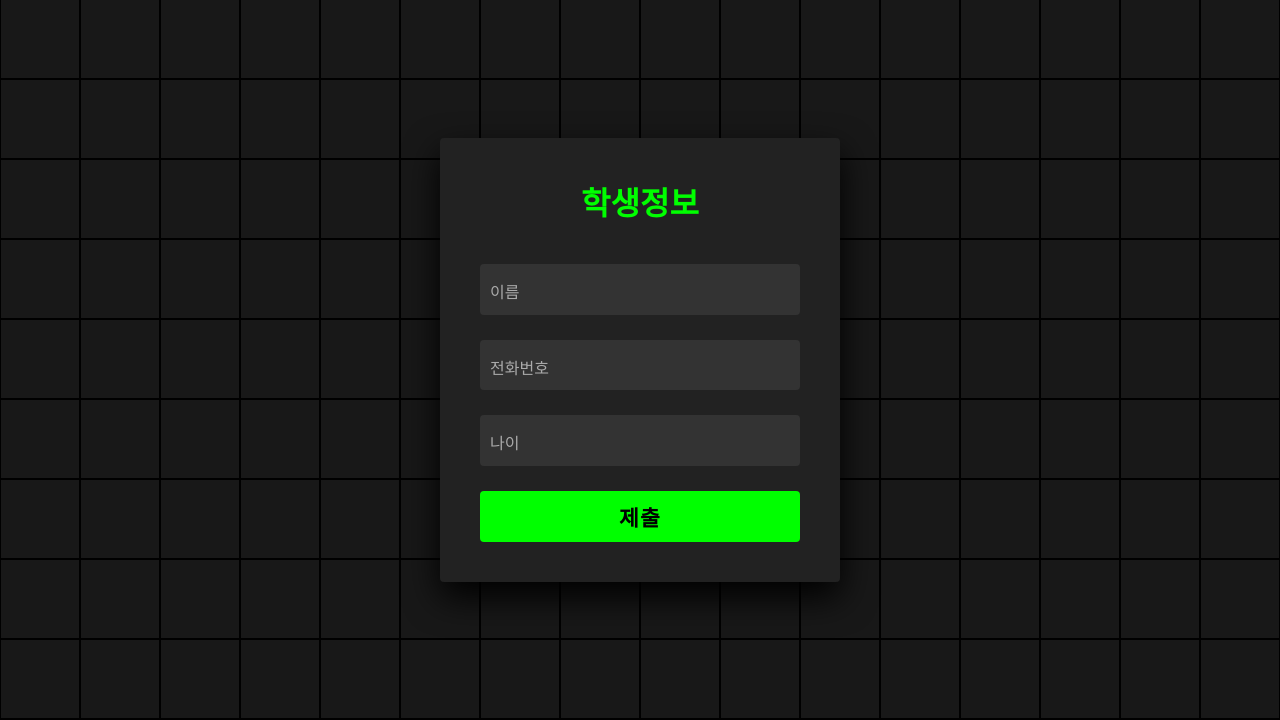
Repository: mi-ci/ai
Page: jsp01/src/main/webapp/ch06/student.html
The author's editor kept a copy of each file at every save. The page is drawn from the files as they stood at one save, then again after the next save.
The browser window is 1280 px wide. The pictures show the whole page.
Some web fonts or font styles are not loaded; a fallback is used.

Above is the page before, as saved 2024-01-19 01:50:03.

### jsp01/src/main/webapp/ch06/student.html
<!DOCTYPE html>
<html>
<head>
<meta charset="UTF-8">
<title>Insert title here</title>
<style>
@import url('https://fonts.googleapis.com/css2?family=Quicksand:wght@300;400;500;600;700&display=swap');
*
{
  margin: 0;
  padding: 0;
  box-sizing: border-box;
  font-family: 'Quicksand', sans-serif;
}
body
{
  display: flex;
  justify-content: center;
  align-items: center;
  min-height: 100vh;
  background: #000;
}
section
{
  position: absolute;
  width: 100vw;
  height: 100vh;
  display: flex;
  justify-content: center;
  align-items: center;
  gap: 2px;
  flex-wrap: wrap;
  overflow: hidden;
}
section::before
{
  content: '';
  position: absolute;
  width: 100%;
  height: 100%;
  background: linear-gradient(#000,#0f0,#000);
  animation: animate 5s linear infinite;
}
@keyframes animate
{
  0%
  {
    transform: translateY(-100%);
  }
  100%
  {
    transform: translateY(100%);
  }
}
section span
{
  position: relative;
  display: block;
  width: calc(6.25vw - 2px);
  height: calc(6.25vw - 2px);
  background: #181818;
  z-index: 2;
  transition: 1.5s;
}
section span:hover
{
  background: #0f0;
  transition: 0s;
}

section .signin
{
  position: absolute;
  width: 400px;
  background: #222;
  z-index: 1000;
  display: flex;
  justify-content: center;
  align-items: center;
  padding: 40px;
  border-radius: 4px;
  box-shadow: 0 15px 35px rgba(0,0,0,9);
}
section .signin .content
{
  position: relative;
  width: 100%;
  display: flex;
  justify-content: center;
  align-items: center;
  flex-direction: column;
  gap: 40px;
}
section .signin .content h2
{
  font-size: 2em;
  color: #0f0;
  text-transform: uppercase;
}
section .signin .content .form
{
  width: 100%;
  display: flex;
  flex-direction: column;
  gap: 25px;
}
section .signin .content .form .inputBox
{
  position: relative;
  width: 100%;
}
section .signin .content .form .inputBox input
{
  position: relative;
  width: 100%;
  background: #333;
  border: none;
  outline: none;
  padding: 25px 10px 7.5px;
  border-radius: 4px;
  color: #fff;
  font-weight: 500;
  font-size: 1em;
}
section .signin .content .form .inputBox i
{
  position: absolute;
  left: 0;
  padding: 15px 10px;
  font-style: normal;
  color: #aaa;
  transition: 0.5s;
  pointer-events: none;
}
.signin .content .form .inputBox input:focus ~ i,
.signin .content .form .inputBox input:valid ~ i
{
  transform: translateY(-7.5px);
  font-size: 0.8em;
  color: #fff;
}
.signin .content .form .links
{
  position: relative;
  width: 100%;
  display: flex;
  justify-content: space-between;
}
.signin .content .form .links a
{
  color: #fff;
  text-decoration: none;
}
.signin .content .form .links a:nth-child(2)
{
  color: #0f0;
  font-weight: 600;
}
.signin .content .form .inputBox input[type="submit"]
{
  padding: 10px;
  background: #0f0;
  color: #000;
  font-weight: 600;
  font-size: 1.35em;
  letter-spacing: 0.05em;
  cursor: pointer;
}
input[type="submit"]:active
{
  opacity: 0.6;
}
@media (max-width: 900px)
{
  section span
  {
    width: calc(10vw - 2px);
    height: calc(10vw - 2px);
  }
}
@media (max-width: 600px)
{
  section span
  {
    width: calc(20vw - 2px);
    height: calc(20vw - 2px);
  }
}

</style>
</head>
<body>
  <section> <span></span> <span></span> <span></span> <span></span> <span></span> <span></span> <span></span> <span></span> <span></span> <span></span> <span></span> <span></span> <span></span> <span></span> <span></span> <span></span> <span></span> <span></span> <span></span> <span></span> <span></span> <span></span> <span></span> <span></span> <span></span> <span></span> <span></span> <span></span> <span></span> <span></span> <span></span> <span></span> <span></span> <span></span> <span></span> <span></span> <span></span> <span></span> <span></span> <span></span> <span></span> <span></span> <span></span> <span></span> <span></span> <span></span> <span></span> <span></span> <span></span> <span></span> <span></span> <span></span> <span></span> <span></span> <span></span> <span></span> <span></span> <span></span> <span></span> <span></span> <span></span> <span></span> <span></span> <span></span> <span></span> <span></span> <span></span> <span></span> <span></span> <span></span> <span></span> <span></span> <span></span> <span></span> <span></span> <span></span> <span></span> <span></span> <span></span> <span></span> <span></span> <span></span> <span></span> <span></span> <span></span> <span></span> <span></span> <span></span> <span></span> <span></span> <span></span> <span></span> <span></span> <span></span> <span></span> <span></span> <span></span> <span></span> <span></span> <span></span> <span></span> <span></span> <span></span> <span></span> <span></span> <span></span> <span></span> <span></span> <span></span> <span></span> <span></span> <span></span> <span></span> <span></span> <span></span> <span></span> <span></span> <span></span> <span></span> <span></span> <span></span> <span></span> <span></span> <span></span> <span></span> <span></span> <span></span> <span></span> <span></span> <span></span> <span></span> <span></span> <span></span> <span></span> <span></span> <span></span> <span></span> <span></span> <span></span> <span></span> <span></span> <span></span> <span></span> <span></span> <span></span> <span></span> <span></span> <span></span> <span></span> <span></span> <span></span> <span></span> <span></span> <span></span> <span></span> <span></span> <span></span> <span></span> <span></span> <span></span> <span></span> <span></span> <span></span> <span></span> <span></span> <span></span> <span></span> <span></span> <span></span> <span></span> <span></span> <span></span> <span></span> <span></span> <span></span> <span></span> <span></span> <span></span> <span></span> <span></span> <span></span> <span></span> <span></span> <span></span> <span></span> <span></span> <span></span> <span></span> <span></span> <span></span> <span></span> <span></span> <span></span> <span></span> <span></span> <span></span> <span></span> <span></span> <span></span> <span></span> <span></span> <span></span> <span></span> <span></span> <span></span> <span></span> <span></span> <span></span> <span></span> <span></span> <span></span> <span></span> <span></span> <span></span> <span></span> <span></span> <span></span> <span></span> <span></span> <span></span> <span></span> <span></span> <span></span> <span></span> <span></span> <span></span> <span></span> <span></span> <span></span> <span></span> <span></span> <span></span> <span></span> <span></span> <span></span> <span></span> <span></span> <span></span> <span></span> <span></span> <span></span> <span></span> <span></span> <span></span> <span></span> <span></span> <span></span> <span></span> <span></span> <span></span> <span></span> <span></span> <span></span> <span></span> <span></span> <span></span> <span></span> <span></span> <span></span> <span></span>

   <div class="signin">

    <div class="content">

     <h2>학생정보</h2>

     <div class="form">

      <div class="inputBox">

       <input type="text" name="name" required> <i>이름</i>

      </div>

      <div class="inputBox">

       <input type="text" name="phone" required> <i>전화번호</i>

      </div>

      <div class="inputBox">

       <input type="password" name="age" required> <i>나이</i>

      </div>


      <div class="inputBox">

       <input type="submit" value="제출">

      </div>

     </div>

    </div>

   </div>

  </section> <!-- partial -->

 </body>

</body>
</html>

After the next save:
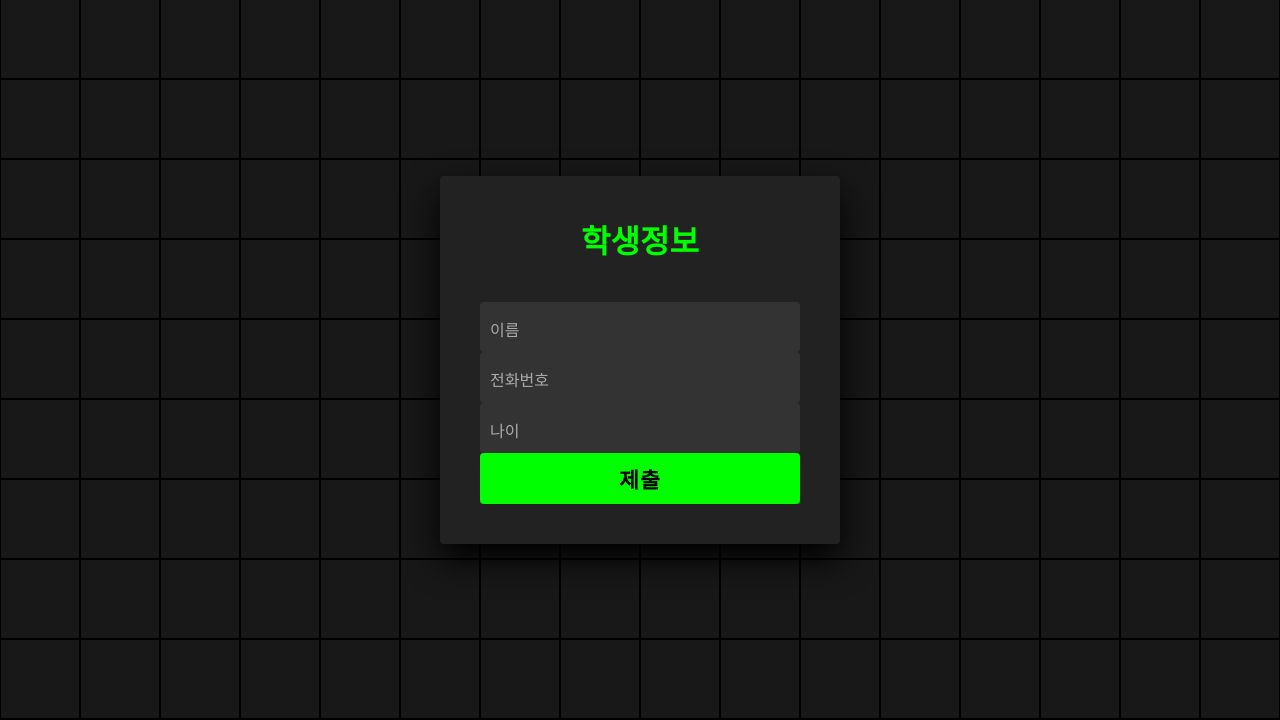
Saved 2 min 52 s later.
--- a/jsp01/src/main/webapp/ch06/student.html
+++ b/jsp01/src/main/webapp/ch06/student.html
@@ -199,6 +199,7 @@ input[type="submit"]:active
      <h2>학생정보</h2>
 
      <div class="form">
+     <form action="login.jsp" method="get">
 
       <div class="inputBox">
 
@@ -225,6 +226,7 @@ input[type="submit"]:active
 
       </div>
 
+     </form>
      </div>
 
     </div>
